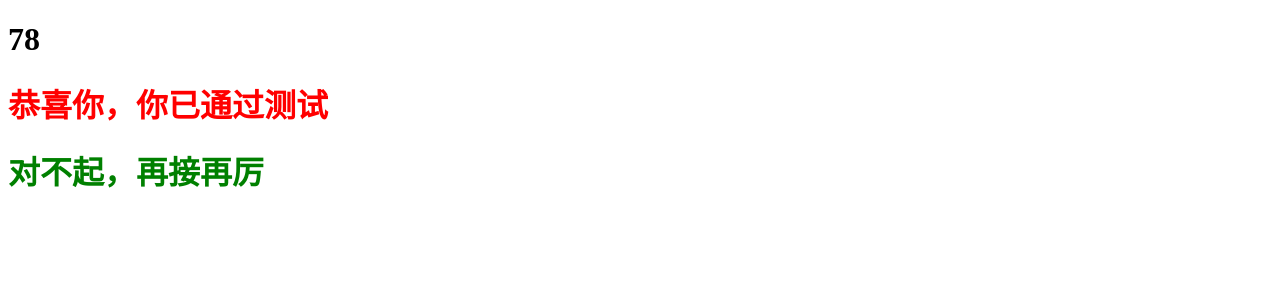
Repository: linqinyun/JavaCode
Page: http://localhost/jstl/jstl
An editor plug-in stored every save of this project. The page is shown before and after the next save, followed by the edit.
The browser window is 1280 px wide. The pictures show the whole page.
The page is served by Tomcat 9. Other server files are loaded and not shown.

Above is the page before, as saved 2020-11-16 07:04:41.

### jstl/WebContent/core.jsp
<%@ page language="java" contentType="text/html; charset=UTF-8"
    pageEncoding="UTF-8"%>
<%@ taglib uri = "http://java.sun.com/jsp/jstl/core" prefix="c" %>
<!DOCTYPE html>
<html>
<head>
<meta charset="UTF-8">
<title>Insert title here</title>
</head>
<body>
	<h1>${requestScope.score }</h1>
	<h1 style="color:red">恭喜你，你已通过测试</h1>
	<h1 style="color:green">对不起，再接再厉</h1>
</body>
</html>

### jstl/src/pers/java/jstl/Jstl.java
package pers.java.jstl;

import java.io.IOException;
import javax.servlet.ServletException;
import javax.servlet.annotation.WebServlet;
import javax.servlet.http.HttpServlet;
import javax.servlet.http.HttpServletRequest;
import javax.servlet.http.HttpServletResponse;

/**
 * Servlet implementation class Jstl
 */
@WebServlet("/jstl")
public class Jstl extends HttpServlet {
	private static final long serialVersionUID = 1L;

    /**
     * @see HttpServlet#HttpServlet()
     */
    public Jstl() {
        super();
        // TODO Auto-generated constructor stub
    }

	/**
	 * @see HttpServlet#doGet(HttpServletRequest request, HttpServletResponse response)
	 */
	protected void doGet(HttpServletRequest request, HttpServletResponse response) throws ServletException, IOException {
		request.setAttribute("score", 78);
		request.setAttribute("grade", "B");
		request.getRequestDispatcher("/core.jsp").forward(request, response);
	}

}

After the next save:
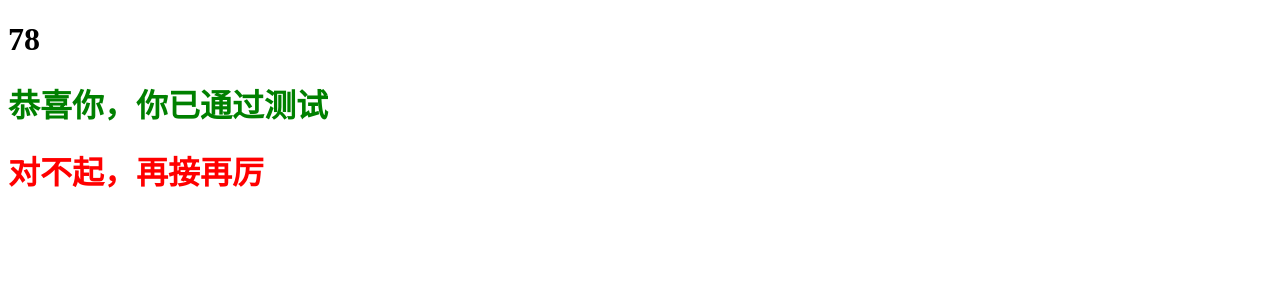
Saved 8 s later.
--- a/jstl/WebContent/core.jsp
+++ b/jstl/WebContent/core.jsp
@@ -9,7 +9,7 @@
 </head>
 <body>
 	<h1>${requestScope.score }</h1>
-	<h1 style="color:red">恭喜你，你已通过测试</h1>
-	<h1 style="color:green">对不起，再接再厉</h1>
+	<h1 style="color:green">恭喜你，你已通过测试</h1>
+	<h1 style="color:red">对不起，再接再厉</h1>
 </body>
 </html>
